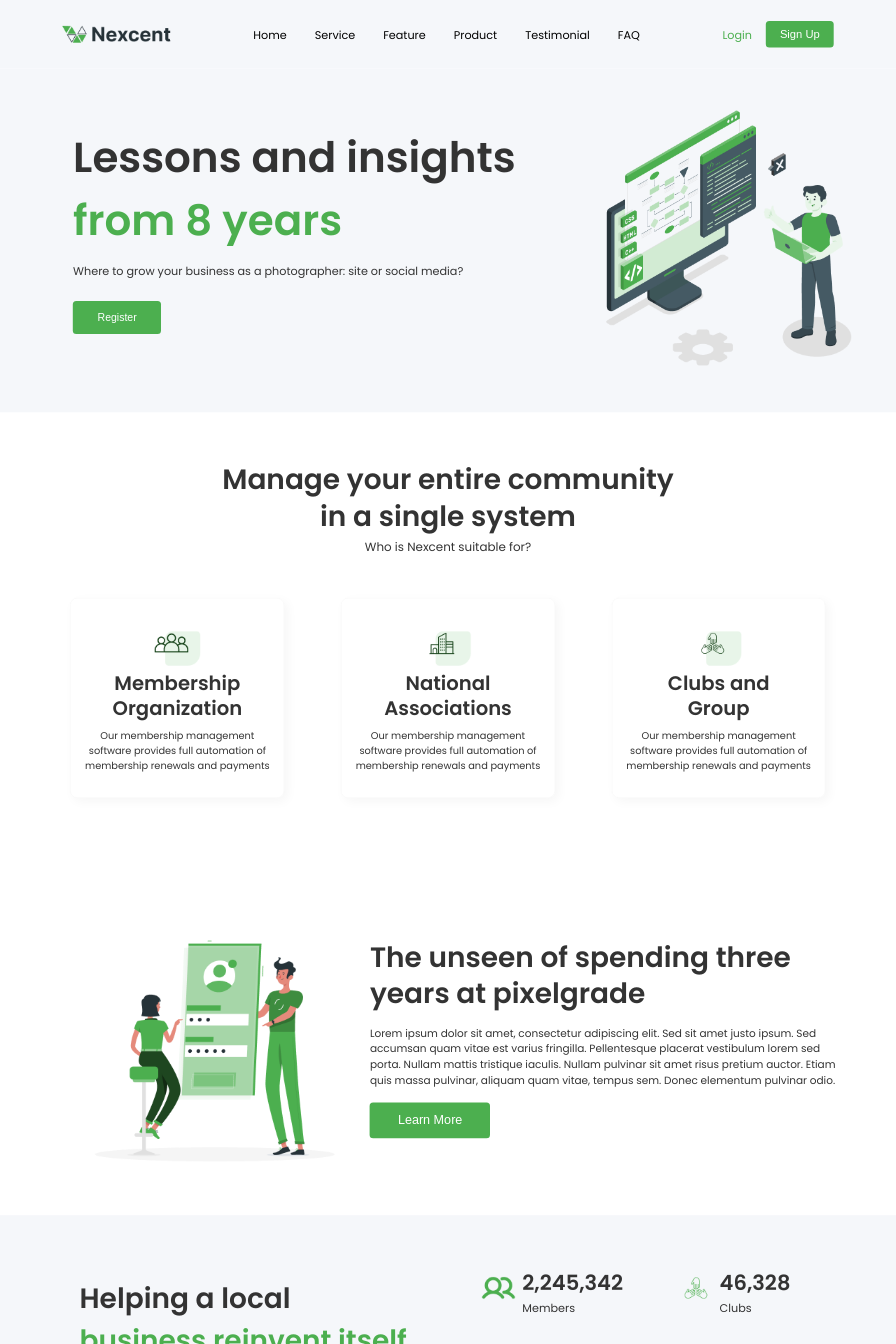
Repository: Eldream12/axia-second-project
Page: index.html
These files come from the project's save history. The page is drawn as it stood at one moment and after the next save; the edit follows.
The browser window is 1280 px wide. The pictures show the part of the page from y = 0 to 1920 px (the page is 4304 px tall before and 4030 px after), at 70% of full size.

Above is the page before, as saved 2025-03-18 13:29:00.

### index.html
<!DOCTYPE html>
<html lang="en">
	<head>
		<meta charset="UTF-8" />
		<meta name="viewport" content="width=device-width, initial-scale=1.0" />
		<title>Landing Page</title>
		<link rel="stylesheet" href="styles/style.css" />
	</head>
	<body>
		<!-- navBar -->
		<header>
			<div id="navbar">
				<div class="logo">
					<img src="images/Logo.png" alt="Logo" />
				</div>

				<div class="contact-home">
					<ul>
						<li><a href="">Home</a></li>
						<li><a href="">Service</a></li>
						<li><a href="">Feature</a></li>
						<li><a href="">Product</a></li>
						<li><a href="">Testimonial</a></li>
						<li><a href="">FAQ</a></li>
					</ul>
				</div>

				<div class="login">
					<a href="">Login</a>
					<button id="signup-btn">Sign Up</button>
				</div>
			</div>
		</header>

		<!-- hero-section -->
		<main>
			<div class="hero-section">
				<div class="all-text">
					<h1 class="text-1">Lessons and insights</h1>
					<h1 class="text-2">from 8 years</h1>
					<p>
						Where to grow your business as a photographer: site or social media?
					</p>
					<button>Register</button>
				</div>

				<div>
					<img src="images/Illustration.png" alt="heroimage" width="350px" />
				</div>
			</div>

			<!-- community -->
			<div id="community">
				<div class="com-header-text">
					<h2>Manage your entire community</h2>
					<h2>in a single system</h2>
					<p>Who is Nexcent suitable for?</p>
				</div>

				<div class="components">
					<div class="box">
						<div>
							<img src="images/Icon (3).png" alt="Icon" />
						</div>
						<div class="box-text">
							<h2>Membership</h2>
							<h2>Organization</h2>
							<p>
								Our membership management <br />
								software provides full automation of <br />
								membership renewals and payments
							</p>
						</div>
					</div>

					<div class="box">
						<div>
							<img src="images/Icon (1).png" alt="Icon" />
						</div>
						<div class="box-text">
							<h2>National</h2>
							<h2>Associations</h2>
							<p>
								Our membership management <br />
								software provides full automation of <br />
								membership renewals and payments
							</p>
						</div>
					</div>

					<div class="box">
						<div>
							<img src="images/Icon (2).png" alt="Icon" />
						</div>
						<div class="box-text">
							<h2>Clubs and</h2>
							<h2>Group</h2>
							<p>
								Our membership management <br />
								software provides full automation of <br />
								membership renewals and payments
							</p>
						</div>
					</div>
				</div>

				<div class="sub-component">
					<div>
						<img src="images/rafiki.png" alt="subject" />
					</div>

					<div class="txt">
						<h2>
							The unseen of spending three <br />
							years at pixelgrade
						</h2>
						<p>
							Lorem ipsum dolor sit amet, consectetur adipiscing elit. Sed sit
							amet justo ipsum. Sed <br />
							accumsan quam vitae est varius fringilla. Pellentesque placerat
							vestibulum lorem sed <br />
							porta. Nullam mattis tristique iaculis. Nullam pulvinar sit amet
							risus pretium auctor. Etiam <br />
							quis massa pulvinar, aliquam quam vitae, tempus sem. Donec
							elementum pulvinar odio.
						</p>
						<button>Learn More</button>
					</div>
				</div>
			</div>

			<!-- about -->
			<div class="about">
				<div class="about-header">
					<h2 class="t--1">Helping a local</h2>
					<h2 class="t--2">business reinvent itself</h2>
					<p>We reached here with our hard work and dedicaton</p>
				</div>

				<!-- abt-info -->
				<div class="abt-info">
					<div class="cnt-info--1">
						<div class="m-info">
							<div>
								<img src="images/Icon 1.png" alt="icon" />
							</div>
							<div class="txt">
								<h3>2,245,342</h3>
								<p>Members</p>
							</div>
						</div>
						<div class="m-info">
							<div>
								<img src="images/Icon 2.png" alt="icon" />
							</div>
							<div class="txt">
								<h3>828,867</h3>
								<p>Event Bookings</p>
							</div>
						</div>
					</div>

					<div class="ctn-info--2">
						<div class="m-info">
							<div>
								<img src="images/Icon 3.png" alt="icon" />
							</div>
							<div class="txt">
								<h3>46,328</h3>
								<p>Clubs</p>
							</div>
						</div>
						<div class="m-info">
							<div>
								<img src="images/Icon 4.png" alt="icon" />
							</div>
							<div class="txt">
								<h3>1,926,436</h3>
								<p>Payment</p>
							</div>
						</div>
					</div>
				</div>
			</div>

			<!-- How to -->
			<div class="how-to">
				<div>
					<img src="images/pana.png" alt="pana" />
				</div>
				<div class="how-txt">
					<h2>
						How to design your site footer like <br />
						we did
					</h2>
					<p>
						Donec a eros justo. Fusce egestas tristique ultrices. Nam tempor,
						augue nec tincidunt <br />
						molestie, massa nunc varius arcu, at scelerisque elit erat a magna.
						Donec quis erat at <br />
						libero ultrices mollis. In hac habitasse platea dictumst. Vivamus
						vehicula leo dui, at porta <br />
						nisi facilisis finibus. In euismod augue vitae nisi ultricies, non
						aliquet urna tincidunt. Integer <br />
						in nisi eget nulla commodo faucibus efficitur quis massa. Praesent
						felis est, finibus et nisi <br />
						ac, hendrerit venenatis libero. Donec consectetur faucibus ipsum id
						gravida.
					</p>
					<button class="howto-btn">Learn More</button>
				</div>
			</div>

			<!-- Tim smith -->
			<div class="tim-smith">
				<div>
					<img src="images/image 9.png" alt="tesla" />
				</div>
				<div class="tim-txt">
					<p>
						Maecenas dignissim justo eget nulla rutrum molestie. Maecenas
						lobortis sem dui, vel rutrum risus <br />
						tincidunt ullamcorper. Proin eu enim metus. Vivamus sed libero
						ornare, tristique quam in, gravida <br />
						enim. Nullam ut molestie arcu, at hendrerit elit. Morbi laoreet elit
						at ligula molestie, nec molestie <br />
						mi blandit. Suspendisse cursus tellus sed augue ultrices, quis
						tristique nulla sodales. Suspendisse <br />
						eget lorem eu turpis vestibulum pretium. Suspendisse potenti.
						Quisque malesuada enim sapien, <br />
						vitae placerat ante feugiat eget. Quisque vulputate odio neque, eget
						efficitur libero condimentum <br />id. Curabitur id nibh id sem
						dignissim finibus ac sit amet magna.
					</p>
					<h4>Tim Smith</h4>
					<p>British Dragon Boat Racing Association</p>
					<div class="tim-link">
						<div class="tim-icon">
							<img src="/images/Frame 10.png" alt="frame 10" />
						</div>
						<div class="meet">
							<a href=""
								><h4>
									Meet all customers <img src="images/Right.png" alt="" /></h4
							></a>
						</div>
					</div>
				</div>
			</div>

			<!-- caring -->
			<div class="caring">
				<div>
					<h2>Caring is the new marketing</h2>
					<p>
						The Nexcent blog is the best place to read about the latest
						membership insights, trends <br />
						and more. See who's joining the community, read about how our
						community <br />
						are increasing their membership income and lot's more.
					</p>
				</div>

				<div class="c-images">
					<div>
						<div>
							<img src="images/image 18.png" alt="" />
						</div>
						<div class="c-text">
							<p>
								Creating Streamlined <br />
								Safeguarding Processes with <br />
								OneRen
							</p>
							<div class="readmore">
								<a href=""
									>Read More <img class="c-right" src="images/Right.png" alt=""
								/></a>
							</div>
						</div>
					</div>

					<div>
						<div>
							<img src="images/image 19.png" alt="" />
						</div>
						<div class="c-text">
							<p>
								What are your safeguarding <br />
								responsibilities and how can <br />
								you manage them?
							</p>
							<div class="readmore">
								<a href=""
									>Read More <img class="c-right" src="images/Right.png" alt=""
								/></a>
							</div>
						</div>
					</div>

					<div>
						<div>
							<img src="images/image 20.png" alt="" />
						</div>
						<div class="c-text">
							<p>
								Revamping the Membership <br />
								Model with Triathlon <br />
								Australia
							</p>
							<div class="readmore">
								<a href="#"
									>Read More<img class="c-right" src="images/Right.png" alt=""
								/></a>
							</div>
						</div>
					</div>
				</div>
			</div>

			<div class="pellen">
				<h2>Pellentesque suscipit <br />fringilla libero eu.</h2>
				<div class="pellen-btn">
					<button>Get a demo</button>
					<!-- <img src="images/Right.png" alt="" /> -->
				</div>
			</div>
		</main>

		<!-- footer -->
		<footer>
			<div class="footer-end">
				<div class="foot-logo">
					<img src="images/Logo footer.png" alt="" />
					<p class="ftxt">Copyright © 2020 Nexcent ltd.</p>
					<p class="ftxt">All rights reserved</p>
					<div class="socials">
						<div><img src="images/Social Icons 1.png" alt="" /></div>
						<div><img src="images/Social Icons 2.png" alt="" /></div>
						<div><img src="images/Social Icons 3.png" alt="" /></div>
						<div><img src="images/Social Icons 4.png" alt="" /></div>
					</div>
				</div>

				<div>
					<h3>Company</h3>
					<div class="comps"><a href="">About Us</a></div>
					<div class="comps"><a href="">Blog</a></div>
					<div class="comps"><a href="">Contact us</a></div>
					<div class="comps"><a href="">Pricing</a></div>
					<div class="comps"><a href="">Testimonials</a></div>
				</div>

				<div>
					<h3>Support</h3>
					<div class="comps"><a href="">Help center</a> <br /></div>
					<div class="comps"><a href="">Terms of service</a> <br /></div>
					<div class="comps"><a href="">Legal</a> <br /></div>
					<div class="comps"><a href="">Privacy policy</a> <br /></div>
					<div class="comps"><a href="">Status</a> <br /></div>
				</div>

				<div>
					<h3 class="stay">Stay up to date</h3>
					<div class="e-mail">
						<input
							type="email"
							name="email"
							placeholder="Your email address"
							value=""
						/>
						<div class="snd">
							<img src="images/send.png" alt="" />
						</div>
					</div>
				</div>
			</div>
		</footer>
	</body>
</html>

### styles/style.css
@import url("https://fonts.googleapis.com/css2?family=Poppins:ital,wght@0,100;0,200;0,300;0,400;0,500;0,600;0,700;0,800;0,900;1,100;1,200;1,300;1,400;1,500;1,600;1,700;1,800;1,900&display=swap");

* {
	margin: 0;
	padding: 0;
	box-sizing: border-box;
}

html body {
	font-family: poppins, sans-serif;
}

/* NavBar */
header #navbar {
	display: flex;
	justify-content: space-around;
	padding: 30px;
	align-items: center;
	background-color: #f5f7fa;
}

ul {
	display: flex;
	list-style: none;
	gap: 40px;
}

li a {
	text-decoration: none;
	color: #000000;
}

.logo {
	display: flex;
	gap: 10px;
}

.logo img {
	height: auto;
	padding: 0;
}

.login {
	display: flex;
	align-items: center;
}

#signup-btn {
	padding: 10px 20px;
	margin-left: 20px;
	font-size: 16px;
	background-color: #4caf4f;
	color: #ffffff;
	border: none;
	border-radius: 5px;
}

.login a {
	text-decoration: none;
	color: #000000;
	color: #4caf4f;
}

/* hero */
.hero-section {
	display: flex;
	justify-content: space-around;
	background-color: #f5f7fa;
	align-items: center;
	padding-bottom: 60px;
}

.hero-section .text-1,
p {
	color: #333333;
}

.hero-section p {
	margin-top: 15px;
}

.hero-section .text-2 {
	color: #4caf4f;
}

.hero-section h1 {
	font-size: 60px;
	font-weight: 600;
}

.hero-section button {
	background-color: #4caf4f;
	color: #ffffff;
	border: none;
	border-radius: 5px;
	padding: 15px 35px;
	margin-top: 30px;
	font-size: 15px;
}

.hero-section,
img {
	padding-top: 30px;
	max-width: ;
}

.hero-section .all-text {
	margin-left: 40px;
}

/* community */
#community .com-header-text h2 {
	text-align: center;
	color: #333333;
	line-height: 1.3em;
}

#community .com-header-text p {
	text-align: center;
	color: #333333;
	font-size: 17px;
	padding-top: 5px;
}

#community .components {
	display: flex;
	justify-content: space-around;
	text-align: center;
}

#community {
	padding: 70px 60px;
}

#community .com-header-text h2 {
	font-size: 40px;
	font-weight: 600;
}

.components .box-text h2 {
	color: #333333;
	font-weight: 600;
	line-height: 1.3em;
	font-size: 28px;
}

.components .box-text p {
	color: #333333;
	font-size: 14px;
	padding-top: 10px;
}

.components .box {
	border: 1px solid #ebebeb63;
	border-radius: 10px;
	padding: 10px 20px 35px 20px;
	box-shadow: 5px 5px 15px #1b1b1b0a;
}

.components {
	padding: 60px 0 100px 0;
}

/* sub-component */
#community .sub-component {
	display: flex;
	justify-content: center;
	margin-top: 60px;
}

#community .sub-component p {
	color: #333333;
	padding-bottom: 20px;
	font-size: 15px;
	line-height: 1.5em;
}

#community .sub-component h2 {
	color: #333333;
	font-weight: 600;
	font-size: 40px;
	padding-bottom: 20px;
	line-height: 1.3em;
}

#community .sub-component .txt button {
	background-color: #4caf4f;
	color: #ffffff;
	border: none;
	padding: 15px 40px;
	border-radius: 5px;
	font-size: 18px;
}

#community .sub-component .txt {
	align-content: center;
}

/* about */
.about {
	display: flex;
	justify-content: space-around;
	background-color: #f5f7fa;
	align-items: center;
	padding: 60px;
}

.about .about-header .t--1 {
	color: #333333;
}

.about .about-header .t--2 {
	color: #4caf4f;
	padding-top: -10px;
}

.about .about-header h2 {
	font-weight: 600;
	font-size: 40px;
}

.about .about-header p {
	font-size: 15px;
}

.abt-info {
	display: flex;
}

.m-info {
	display: flex;
	align-items: center;
	padding: 15px 0 15px 0;
}

.abt-info .m-info img {
	margin-top: -35px;
}

.abt-info .m-info .txt {
	color: #333333;
	padding-left: 10px;
}

.abt-info .m-info h3 {
	font-weight: 600;
	font-size: 30px;
}

.abt-info {
	gap: 80px;
}

/* how-to */
.how-to {
	display: flex;
	justify-content: center;
	padding: 20px 0 20px 0;
}

.how-to p {
	color: #333333;
	font-size: 15px;
	margin: 30px 0 30px 0;
	line-height: 1.5em;
}

.how-to h2 {
	font-weight: 600;
	font-size: 40px;
	line-height: 1.3em;
	color: #333333;
}

.how-to {
	align-items: center;
}

.how-to .howto-btn {
	background-color: #4caf4f;
	color: #ffffff;
	border: none;
	padding: 15px 40px;
	border-radius: 5px;
	font-size: 18px;
}

/* tim-smith */
.tim-smith {
	display: flex;
	align-items: center;
	justify-content: center;
	background-color: #f5f7fa;
	margin-top: 20px;
	gap: 50px;
}

.tim-smith h4 {
	padding: 10px 0 10px 0;
	color: #4caf4f;
}

.tim-smith p {
	font-size: 15px;
	line-height: 1.5em;
}

.tim-txt .tim-link {
	display: flex;
}

.tim-link .meet {
	display: flex;
}

.tim-link .meet h4 img {
	padding-top: 0;
	position: relative;
	top: 7px;
}

.tim-txt a {
	text-decoration: none;
	color: #4caf4f;
	padding: 30px;
	margin-top: -5px;
}

/* caring */
.caring {
	text-align: center;
	color: #333333;
	margin-top: 50px;
}

.caring h2 {
	font-weight: 600;
	font-size: 40px;
}

.caring p {
	font-size: 15px;
	line-height: 1.5em;
}

.caring .c-images {
	display: flex;
	justify-content: center;
	gap: 40px;
}

.caring .c-text {
	width: 300px;
	background-color: #f5f7fa;
	border-radius: 10px;
	margin: auto;
	position: relative;
	bottom: 100px;
	padding: 40px 0 40px 0;
	box-shadow: #abbed118 10px 10px 15px;
}

.caring .c-text p {
	font-weight: 600;
	font-size: 18px;
	color: #5f5e5e;
}

.caring .c-text a {
	text-decoration: none;
	color: #4caf4f;
	font-weight: 700;
}

.caring .c-text .c-right {
	padding-top: 0;
	position: relative;
	top: 8px;
}

/* pellen */
.pellen {
	text-align: center;
	background-color: #f5f7fa;
	align-items: center;
	padding: 20px 0 20px 0;
}

.pellen h2 {
	font-weight: 600;
	font-size: 55px;
	color: #263238;
	line-height: 1.3em;
}

.pellen button {
	background-color: #4caf4f;
	color: #ffffff;
	border: none;
	padding: 10px 30px;
	border-radius: 5px;
	font-size: 14px;
	margin-top: 20px;
}

/* .pellen button img {
  padding: 0;
} */

/* footer */
.footer-end {
	background-color: #263238;
	display: flex;
	justify-content: center;
	gap: 150px;
	padding: 60px 0 60px 0;
}

.footer-end .foot-logo img {
	padding-top: 0;
	padding-bottom: 35px;
}

.footer-end .foot-logo .socials {
	gap: 15px;
	margin-top: 50px;
}

.footer-end .socials {
	display: flex;
}

.footer-end h3,
.ftxt {
	color: #ffffff;
	padding-bottom: 10px;
}

.footer-end h3 {
	font-weight: 600;
	font-size: 25px;
	margin-bottom: 20px;
}

.footer-end a {
	text-decoration: none;
	color: #ffffff;
}

.footer-end .comps {
	padding-bottom: 10px;
}

.footer-end input {
	height: 40px;
	width: 250px;
	background-color: #ffffff1e;
	color: #ffffff;
	padding: 0 10px 0 10px;
	border: none;
	border-radius: 5px;
	font-size: 14px;
}

.footer-end .snd img {
	padding-top: 0;
	position: relative;
	right: 30px;
	top: 10px;
}

.footer-end .e-mail {
	display: flex;
}

/* Media Query */
@media screen and (max-width: 480px) {
	/* header */
	header #navbar .contact-home {
		display: none;
	}

	header #navbar {
		justify-content: center;
		gap: 100px;
	}

	.logo img {
		width: 100%;
	}

	#signup-btn {
		font-size: 12px;
		width: 100px;
		padding: 5px 5px;
	}

	.login a {
		font-size: 13px;
	}

	/* hero */
	.hero-section {
		justify-content: space-around;
		gap: 40px;
	}

	.hero-section h1 {
		font-size: 30px;
	}

	.hero-section p {
		font-size: 13px;
	}

	.hero-section,
img {
	max-width: 95%;
}
}

After the next save:
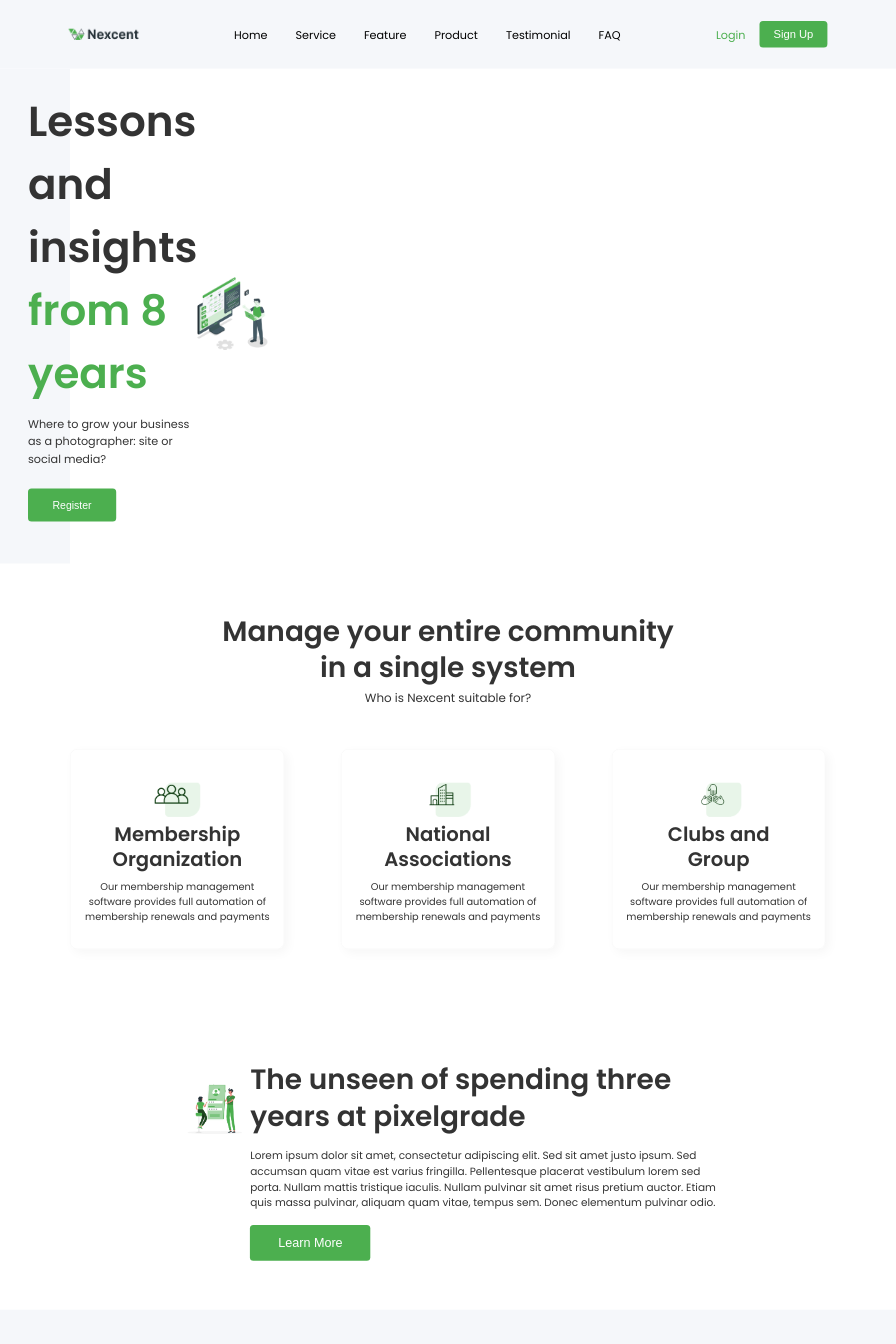
Saved 6 s later.
--- a/styles/style.css
+++ b/styles/style.css
@@ -101,7 +101,7 @@
 .hero-section,
 img {
 	padding-top: 30px;
-	max-width: ;
+	max-width: 100px;
 }
 
 .hero-section .all-text {

After the save that followed:
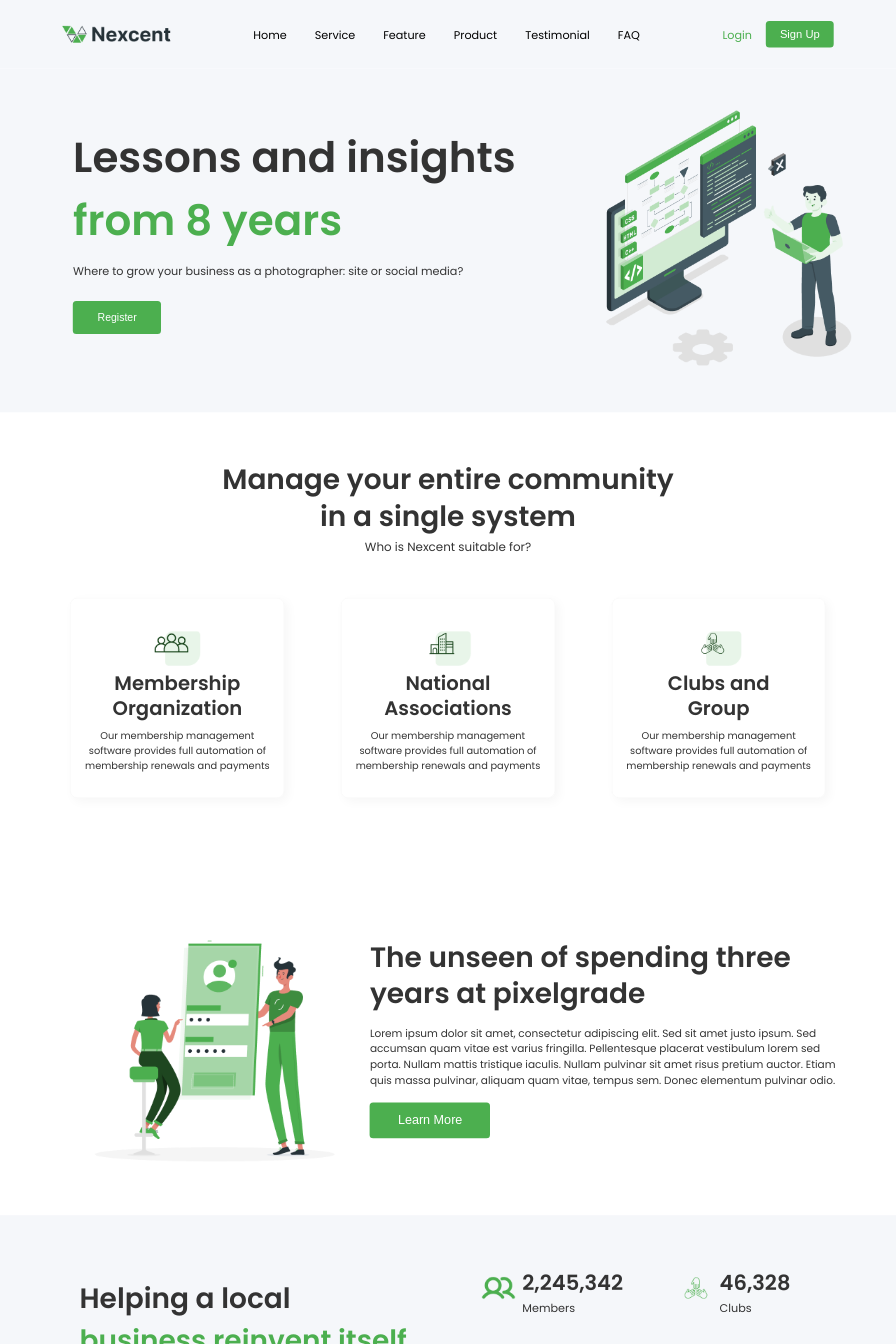
Saved 26 s later.
--- a/styles/style.css
+++ b/styles/style.css
@@ -101,7 +101,6 @@
 .hero-section,
 img {
 	padding-top: 30px;
-	max-width: 100px;
 }
 
 .hero-section .all-text {
